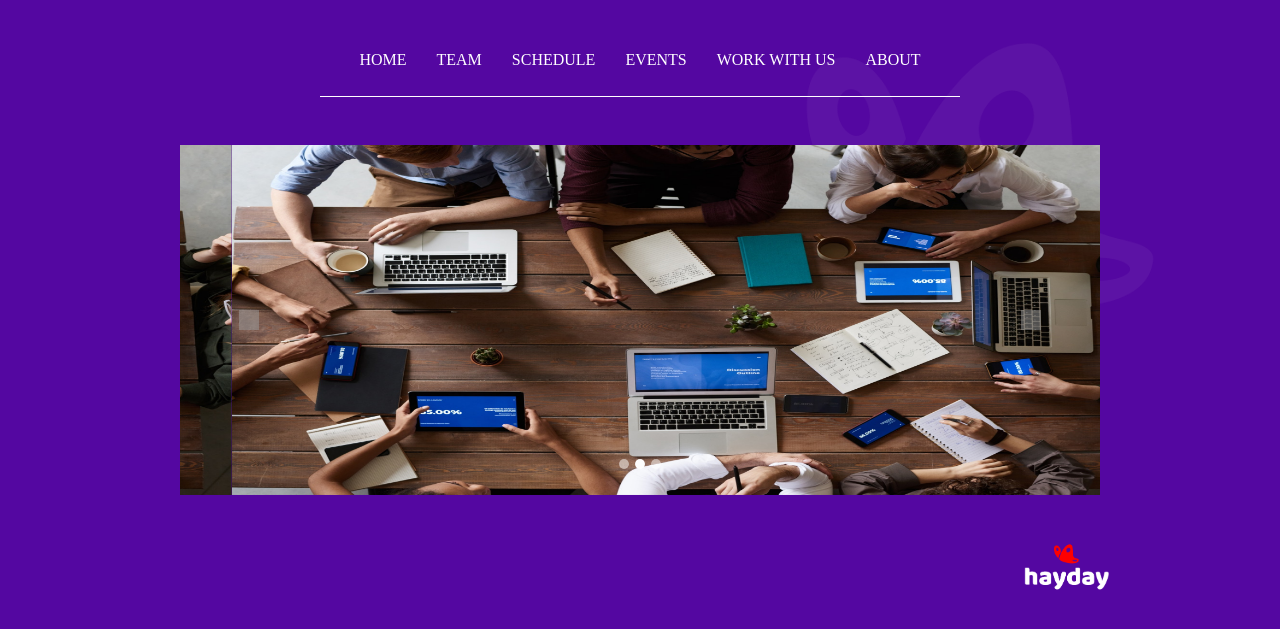
Repository: im1971/company-web
Page: 2019.html
An editor plug-in stored every save of this project. The page is shown before and after the next save, followed by the edit.
The browser window is 1280 px wide. The pictures show the whole page.
Pictures or frames that could not be fetched are drawn as grey boxes. Some web fonts or font styles are not loaded; a fallback is used.

Above is the page before, as saved 2020-02-02 11:52:21.

After the next save:
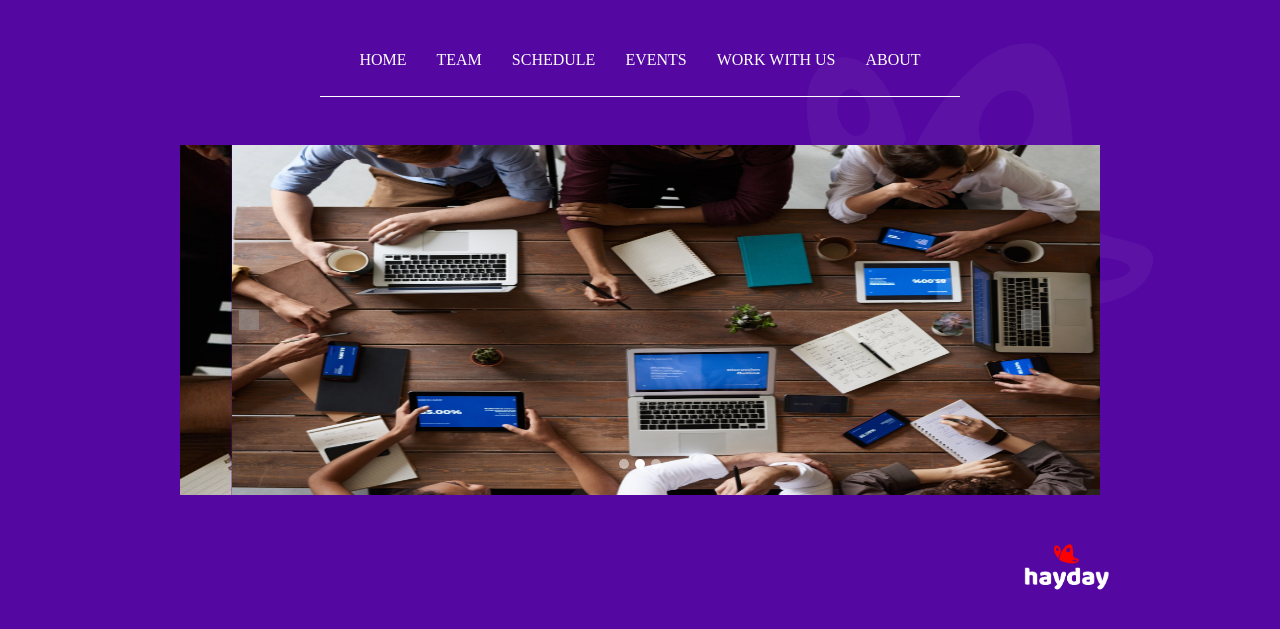
Saved 77 s later.
--- a/2019.html
+++ b/2019.html
@@ -68,7 +68,7 @@
                                 </ol>
                                 <div class="carousel-inner">
                                     <div class="carousel-item active">
-                                        <img class="d-block w-100 img-responsive" src="img/team/team-back.jpg" alt="First slide">
+                                        <img class="d-block w-100 img-responsive" alt="First slide">
                                     </div>
                                     <div class="carousel-item">
                                         <img class="d-block w-100 img-responsive" src="img/team/team-back.jpg" alt="Second slide">
--- a/css/style.css
+++ b/css/style.css
@@ -383,6 +383,7 @@ table.table td {
 
 .slider_wrap img {
     height: 350px;
+    background-image: url(../img/team/team-back.jpg);
 }
 
 
